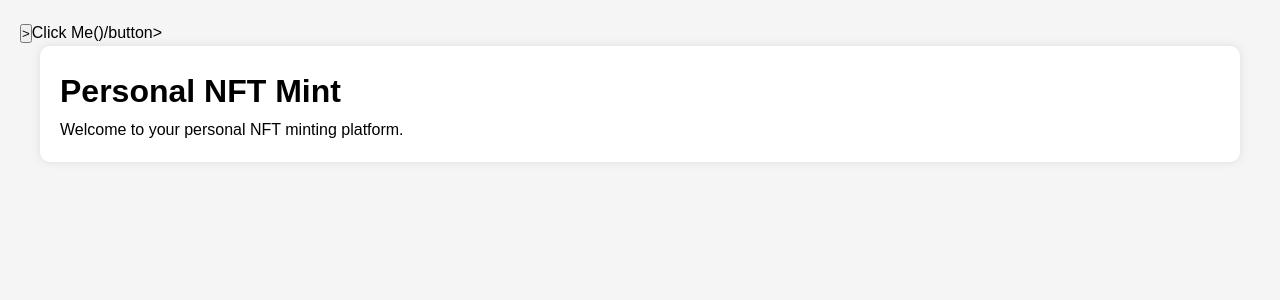
Repository: Ch3fC0d3/-MACT6340
Page: index.html
The author's editor kept a copy of each file at every save. The page is drawn from the files as they stood at one save, then again after the next save.
The browser window is 1280 px wide. The pictures show the whole page.

Above is the page before, as saved 2025-01-15 09:59:22.

### index.html
<!DOCTYPE html>
<html>
<head>
    <meta charset="UTF-8">
    <meta http-equiv="content-type" content="text/html; charset=utf-8" />
    <meta name="viewport" content="width=device-width, initial-scale=1.0">
    <link rel="icon" type="image/x-icon" href="./images/favicon.ico">
    <title>Personal NFT Mint</title>
    <meta name="author" content="David G. Smith">
    <meta name="description" content="A personal NFT mint for an artist.">
    <link rel="stylesheet" href="./CSS/style.css">
</head>
<body>
    <button id="TestButton">></button>Click Me()/button>
    <script type="module" src="./js/index.js"></script>
</body>
</html>

### CSS/style.css
* {
    margin: 0;
    padding: 0;
    box-sizing: border-box;
}

body {
    font-family: Arial, sans-serif;
    line-height: 1.6;
    padding: 20px;
    background-color: #f5f5f5;
}

.container {
    max-width: 1200px;
    margin: 0 auto;
    padding: 20px;
    background-color: white;
    border-radius: 10px;
    box-shadow: 0 0 10px rgba(0,0,0,0.1);
}

### js/index.js
// Main application logic
document.addEventListener('DOMContentLoaded', () => {
    const app = document.createElement('div');
    app.className = 'container';

    const header = document.createElement('h1');
    header.textContent = 'Personal NFT Mint';

    const description = document.createElement('p');
    description.textContent = 'Welcome to your personal NFT minting platform.';

    app.appendChild(header);
    app.appendChild(description);
    document.body.appendChild(app);
});

After the next save:
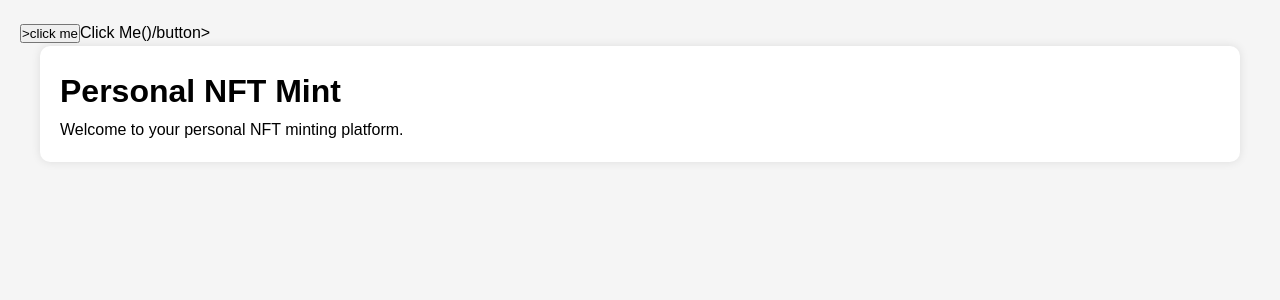
Saved 4 s later.
--- a/index.html
+++ b/index.html
@@ -11,7 +11,7 @@
     <link rel="stylesheet" href="./CSS/style.css">
 </head>
 <body>
-    <button id="TestButton">></button>Click Me()/button>
+    <button id="TestButton">>click me </button>Click Me()/button>
     <script type="module" src="./js/index.js"></script>
 </body>
 </html>
